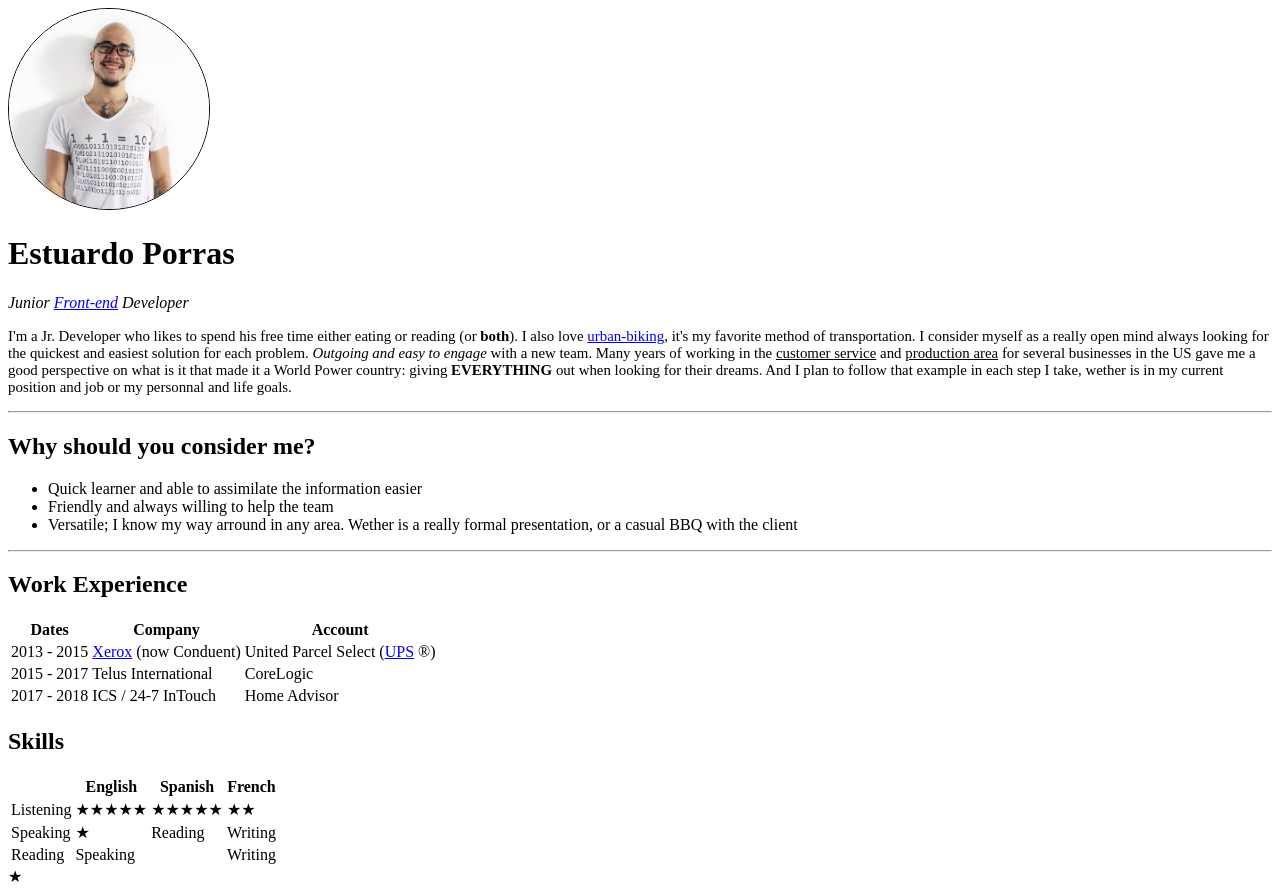
Repository: soloestuardo/bootstrap
Page: proyectos/cv/index.html
The author's editor kept a record of every edit. The page is drawn from the files as they stood at one moment, then again after the next edit.
The browser window is 1280 px wide. The pictures show the whole page.

Above is the page before.

### proyectos/cv/index.html
<!DOCTYPE html>
<html>
<head>
    <meta charset="UTF-8">
    <meta name="author" content="Estuardo Porras">
    <title>Curriculum Vitae</title>
</head>
<body>

    <!------------------HEADER------------------>

    <header>
        <img src="img/ep.jpg" alt="Profile Picture" style="width:200px; height:200px; border:1px solid black; border-radius:270px;">
        <h1>Estuardo Porras</h1>
        <p><em>Junior <a href="#">Front-end</a> Developer</em></p>
    </header>

    <!------------------MAIN------------------>

    <main>

        <!------------------------------------DESCRIPCIÓN------------------------------------>

        <section class="descripcion">
            <p style="font-size:0.93em;">I'm a Jr. Developer who likes to spend his free time either eating or reading (or <strong>both</strong>). I also love <a href="#">urban-biking</a>, it's my favorite method of transportation.
            I consider myself as a really open mind always looking for the quickest and easiest solution for each problem. <em>Outgoing and easy to engage</em> with a new team.
            Many years of working in the <u>customer service</u> and <u>production area</u> for several businesses in the US gave me a good perspective on what is it that made it a
            World Power country: giving <strong>EVERYTHING</strong> out when looking for their dreams. And I plan to follow that example in each step I take, wether is in my current position and job or my personnal and life goals.</p><hr>
        </section>
        <section class="lista1">
            <h2>Why should you consider me?</h2>
            <ul>
                <li>Quick learner and able to assimilate the information easier</li>
                <li>Friendly and always willing to help the team</li>
                <li>Versatile; I know my way arround in any area. Wether is a really formal presentation, or a casual BBQ with the client</li>
            </ul>
        </section><hr>

        <!------------------------------------EXPERIENCIA------------------------------------>

        <section class="work">
            <h2>Work Experience</h2>
            <table>
                <tr>
                    <th>Dates</th>
                    <th>Company</th>
                    <th>Account</th>
                </tr>
                <tr>
                    <td>2013 - 2015</td>
                    <td><a href="#">Xerox</a> (now Conduent)</td>
                    <td>United Parcel Select (<a href="#">UPS</a> ®)</td>
                </tr>
                <tr>
                    <td>2015 - 2017</td>
                    <td>Telus International</td>
                    <td>CoreLogic</td>
                </tr>
                <tr>
                    <td>2017 - 2018</td>
                    <td>ICS / 24-7 InTouch</td>
                    <td>Home Advisor</td>
                </tr>
            </table>
        </section>

        <!------------------------------------HABILIDADES------------------------------------>

        <h2>Skills</h2>
        <table>
            <tr>
                <th></th>
                <th>English</th>
                <th>Spanish</th>
                <th>French</th>
            </tr>
            <tr>
                <td>Listening</td>
                <td>&#x2605;&#x2605;&#x2605;&#x2605;&#x2605;</td>
                <td>&#x2605;&#x2605;&#x2605;&#x2605;&#x2605;</td>
                <td>&#x2605;&#x2605;</td>
            </tr>
            <tr>
                <td>Speaking</td>
                <td>&#x2605;</td>
                <td>Reading</td>
                <td>Writing</td>
            </tr>
            <tr>
                <td>Reading</td>
                <td>Speaking</td>
                <td></td>
                <td>Writing</td>
            </tr>
        </table>

        &#x2605;

    </main>

    <!------------------FOOTER------------------>

    <footer>

    </footer>
</body>
</html>

After the next edit:
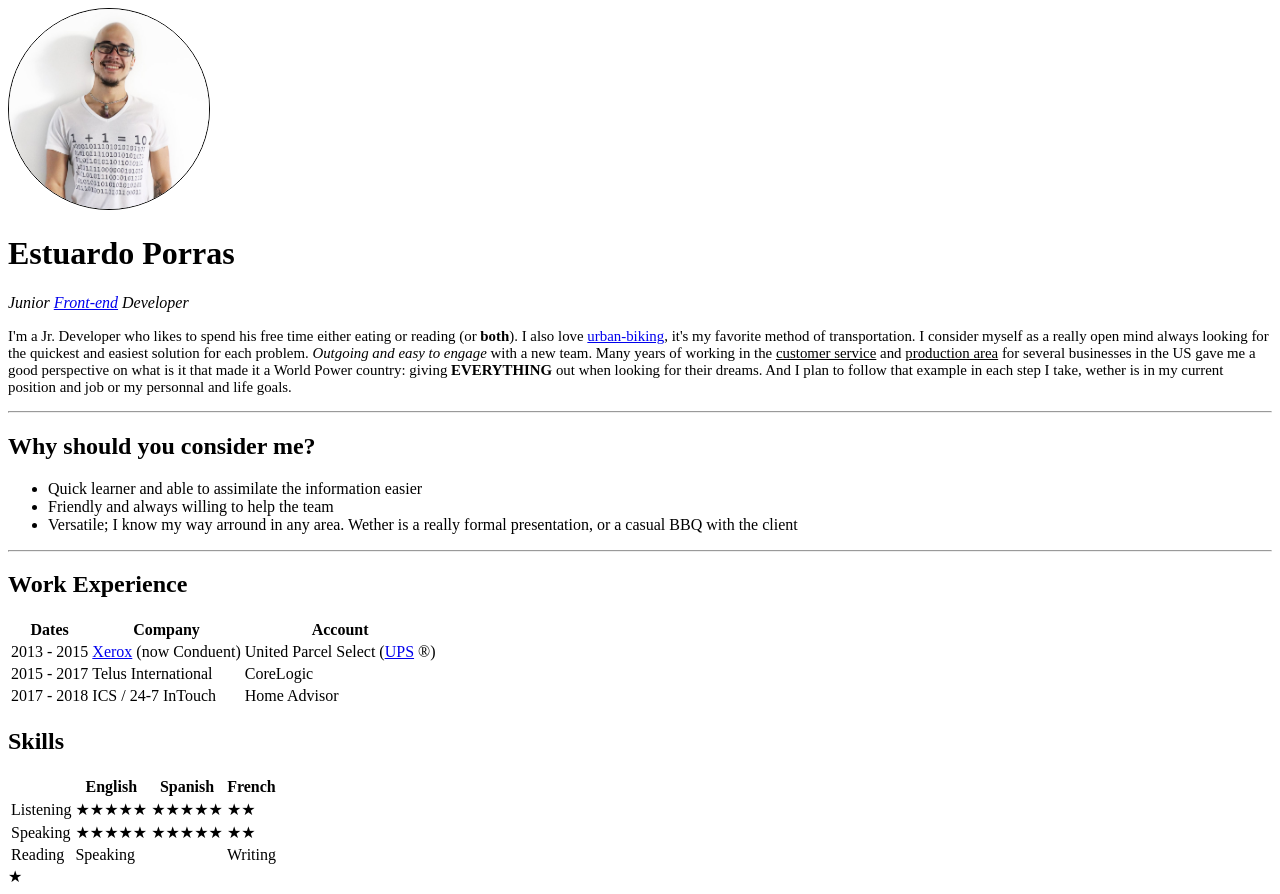
The edit:
--- a/proyectos/cv/index.html
+++ b/proyectos/cv/index.html
@@ -82,9 +82,9 @@
             </tr>
             <tr>
                 <td>Speaking</td>
-                <td>&#x2605;</td>
-                <td>Reading</td>
-                <td>Writing</td>
+                <td>&#x2605;&#x2605;&#x2605;&#x2605;&#x2605;</td>
+                <td>&#x2605;&#x2605;&#x2605;&#x2605;&#x2605;</td>
+                <td>&#x2605;&#x2605;</td>
             </tr>
             <tr>
                 <td>Reading</td>
